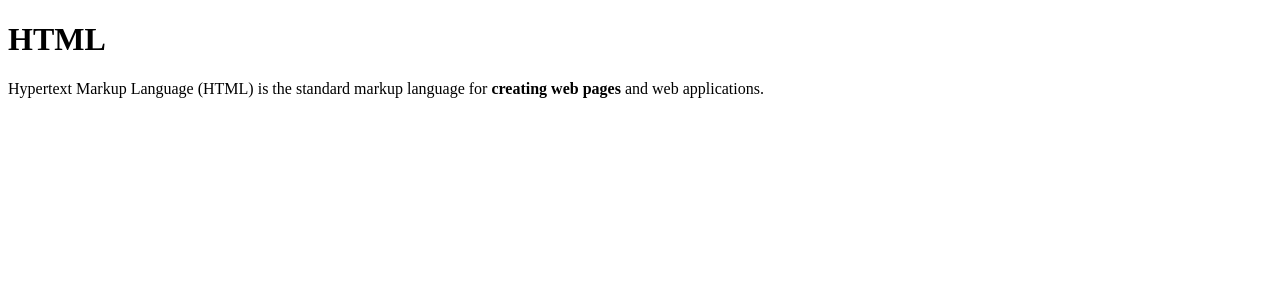
Repository: youngsik0405/Web-study
Page: Practice/WebContent/1.html
An editor plug-in stored every save of this project. The page is shown before and after the next save, followed by the edit.
The browser window is 1280 px wide. The pictures show the whole page.

Above is the page before, as saved 2025-01-20 11:23:50.

### Practice/WebContent/1.html
<!DOCTYPE html>
<html>
<head>
<meta charset="UTF-8">
<title>Insert title here</title>
</head>
<body>

<h1>HTML</h1>
Hypertext Markup Language (HTML) is the standard markup language for <strong>creating web pages</strong> and web applications.


</body>
</html>

After the next save:
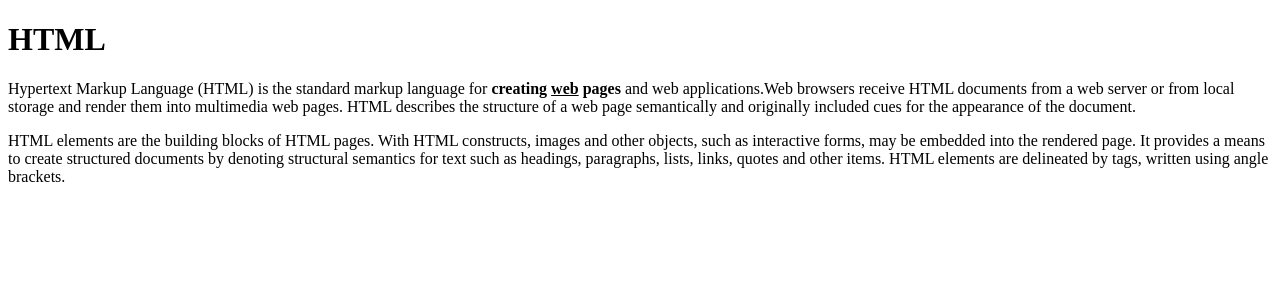
Saved 2 min 40 s later.
--- a/Practice/WebContent/1.html
+++ b/Practice/WebContent/1.html
@@ -7,7 +7,9 @@
 <body>
 
 <h1>HTML</h1>
-Hypertext Markup Language (HTML) is the standard markup language for <strong>creating web pages</strong> and web applications.
+Hypertext Markup Language (HTML) is the standard markup language for <strong>creating <u>web</u> pages</strong> and web applications.Web browsers receive HTML documents from a web server or from local storage and render them into multimedia web pages. HTML describes the structure of a web page semantically and originally included cues for the appearance of the document.
+</p><p>
+HTML elements are the building blocks of HTML pages. With HTML constructs, images and other objects, such as interactive forms, may be embedded into the rendered page. It provides a means to create structured documents by denoting structural semantics for text such as headings, paragraphs, lists, links, quotes and other items. HTML elements are delineated by tags, written using angle brackets.
 
 
 </body>
